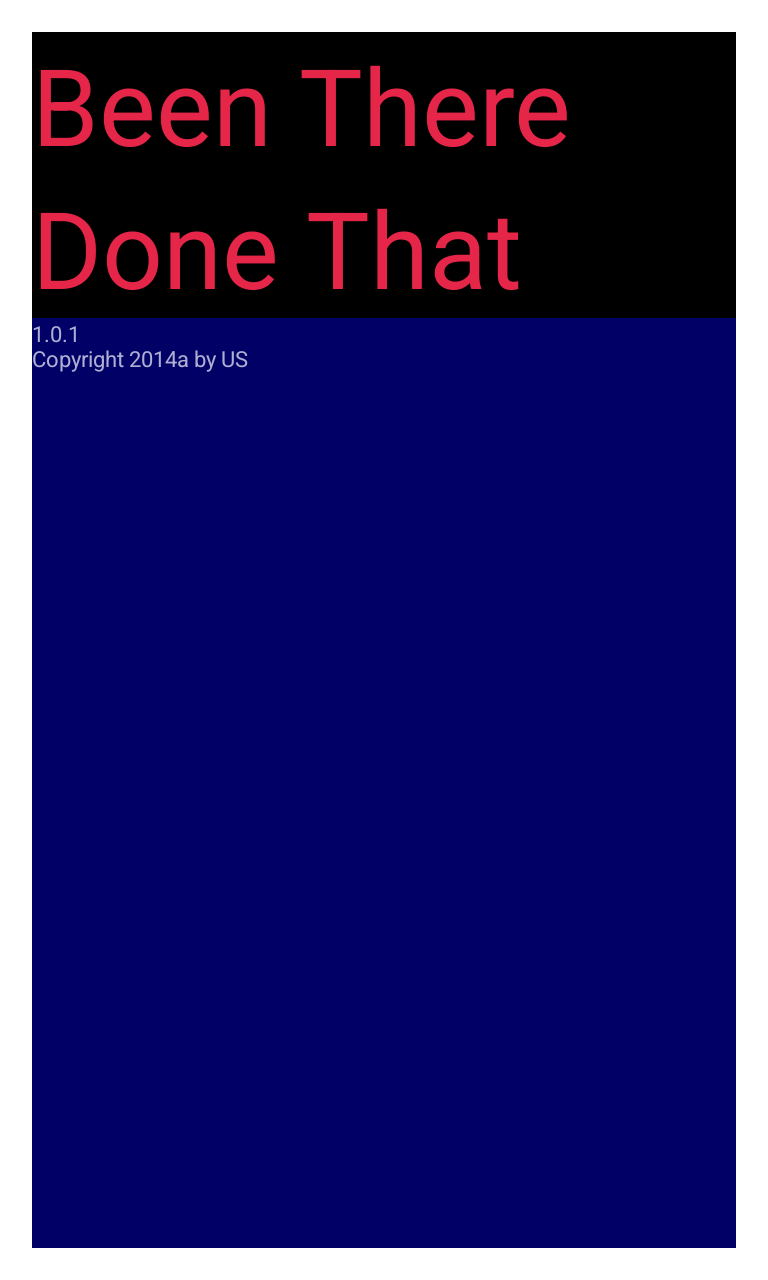
Repository: MapRantala/AndroidExamples
Layout: TriviaQuiz/res/layout/splash.xml
The author's editor kept a copy of each file at every save. The layout is drawn from the files as they stood at one save, then again after the next save.
It is drawn on a 768 x 1280 px phone screen (xhdpi) without system bars, with theme AppTheme; the app's code is not run.

Above is the layout before, as saved 2014-02-23 18:50:48.

After the next save:
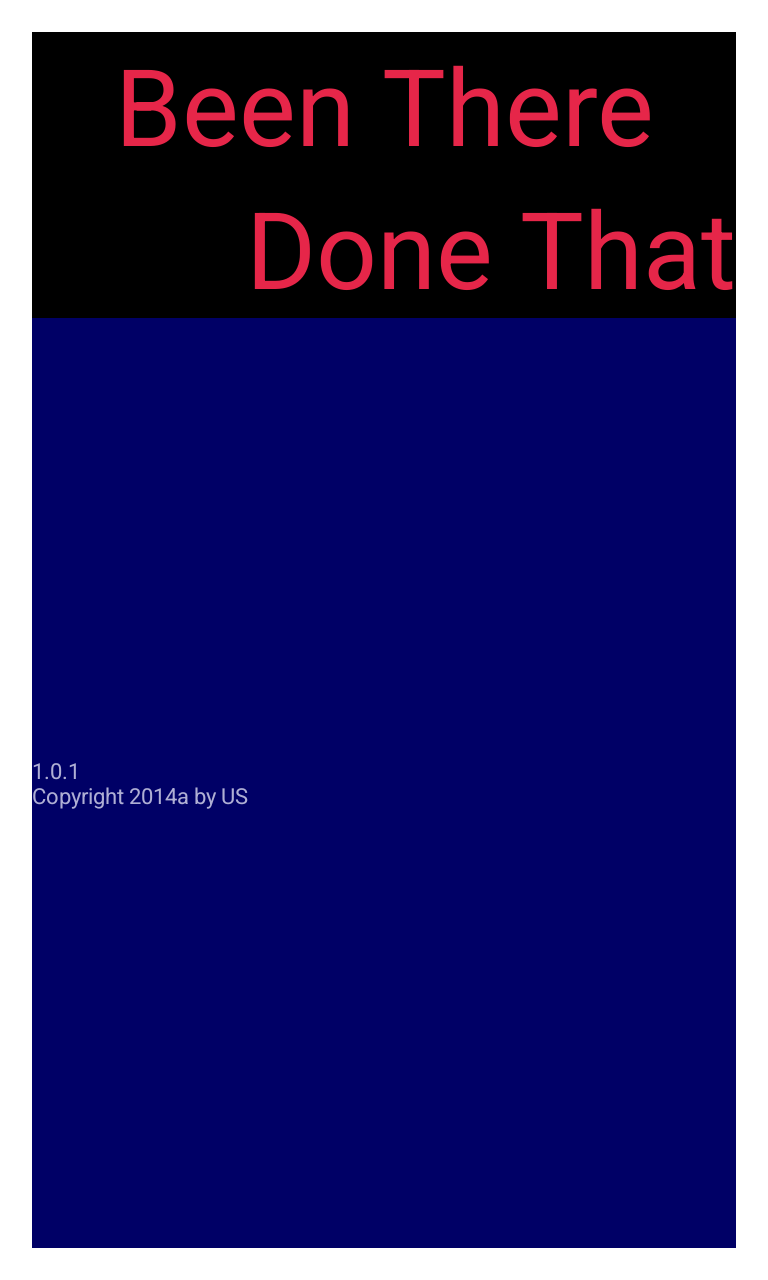
Saved 3 min 57 s later.
--- a/TriviaQuiz/res/layout/splash.xml
+++ b/TriviaQuiz/res/layout/splash.xml
@@ -21,24 +21,26 @@
             android:id="@+id/TextViewTopTitle"
             android:layout_width="match_parent"
             android:layout_height="wrap_content"
+            android:gravity="center"
             android:text="@string/splash_top"
             android:textColor="@color/titlecolor"
             android:textSize="@dimen/splash_fontsize_title" />
-
 
         <TextView
             android:id="@+id/TextViewBottomTitle"
             android:layout_width="match_parent"
             android:layout_height="wrap_content"
+            android:gravity="right"
             android:text="@string/splash_bottom"
             android:textColor="@color/titlecolor"
-            android:textSize="@dimen/splash_fontsize_title"/>
+            android:textSize="@dimen/splash_fontsize_title" />
 
         <TextView
             android:id="@+id/TextViewBottomVersion"
             android:layout_width="match_parent"
             android:layout_height="match_parent"
             android:background="@color/versionbackgroundcolor"
+            android:gravity="center_vertical"
             android:text="@string/splash_version"
             android:textColor="@color/versiontextcolor"
             android:textSize="@dimen/splash_fontsize_body" />
